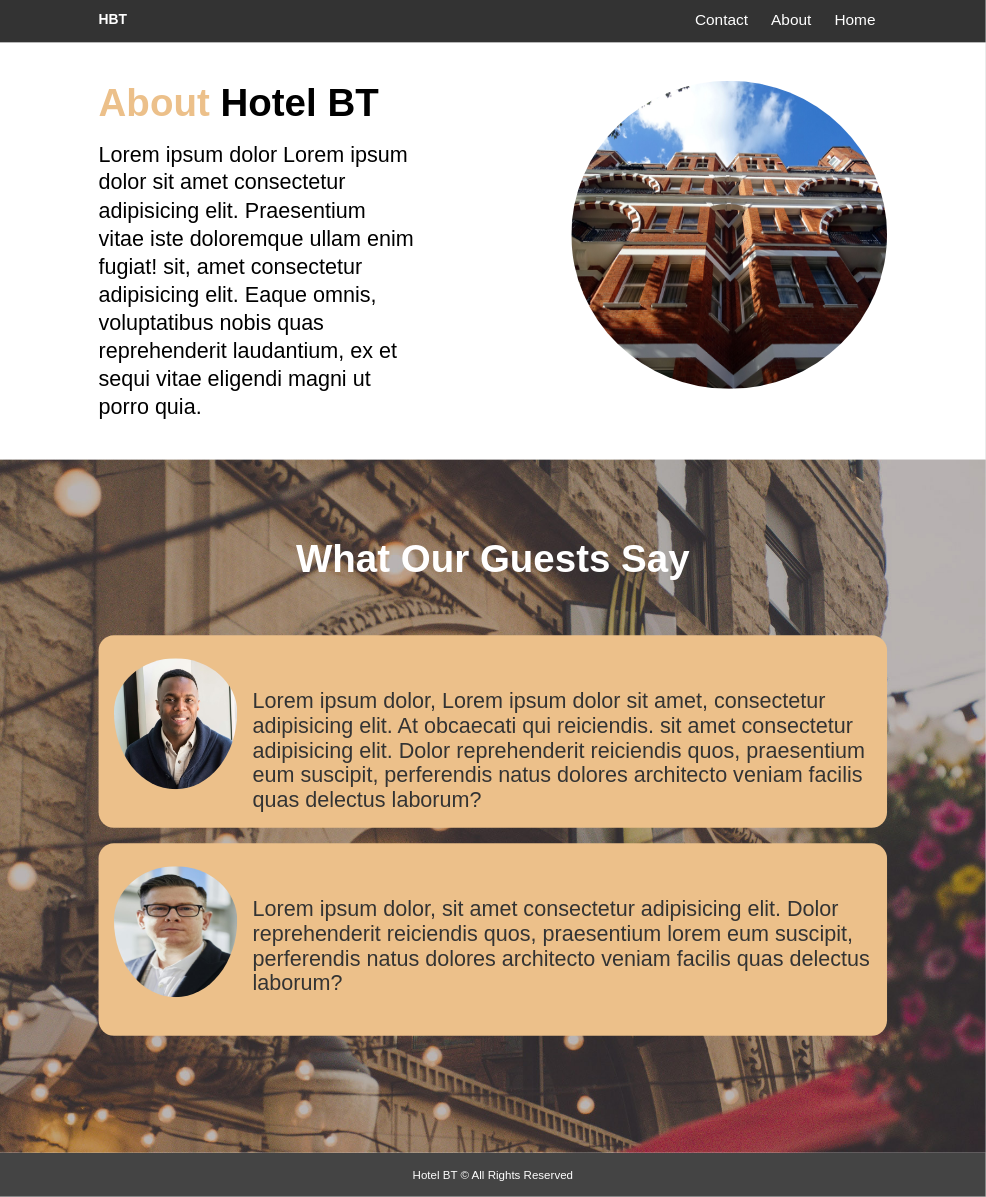
Repository: reemoon-ctrl/35---hotel-website
Page: about.html
The author's editor kept a copy of each file at every save. The page is drawn from the files as they stood at one save, then again after a run of saves.
The browser window is 1280 px wide. The pictures show the whole page, at 77% of full size.

Above is the page before, as saved 2024-07-24 21:19:21.

### about.html
<!DOCTYPE html>
<html lang="en">
<head>
    <meta charset="UTF-8">
    <meta name="viewport" content="width=device-width, initial-scale=1.0">
    <title>HBT | Hotel Website</title>
    <link rel="stylesheet" href="index.css"/>
    <link rel="stylesheet" media="screen and (max-width:500px)" href="mobile.css">
</head>
<body>
    <header>
        <ul class="nav-bar">
            <li class="title"><a href="index.html">HBT</a></li>
            <div class="bag-nav-row" >
            <li class="bag-nav"><a href="contact.html">Contact</a></li>
            <li class="bag-nav"><a href="about.html">About</a></li>
            <li class="bag-nav"><a href="index.html">Home</a></li>
            </div>
        </ul>
    </header>
    <header>


    </header>
    <main>
        <div class="s-header">
            <div class="header-content">
            <h1><span class="fword">About </span>Hotel BT</h1>
            <p>Lorem ipsum dolor Lorem ipsum dolor sit amet consectetur adipisicing elit. Praesentium vitae iste doloremque ullam enim fugiat! sit, amet consectetur adipisicing elit. Eaque omnis, voluptatibus nobis quas reprehenderit laudantium, ex et sequi vitae eligendi magni ut porro quia.
            </p>
           </div>
            <img class="hotel-img2" src="/img/photo-2.jpg" alt="Hotel-image">
        </div>
    </main>
    <aside>
        <div class="aside-content">
            <ul>
                <li><h1>What Our Guests Say</h1></li>
                <li class="comment"><img src="img/pexels-divinetechygirl-1181391.jpg" alt="person-img"><p>Lorem ipsum dolor, Lorem ipsum dolor sit amet, consectetur adipisicing elit. At obcaecati qui reiciendis. sit amet consectetur adipisicing elit. Dolor reprehenderit reiciendis quos, praesentium eum suscipit, perferendis natus dolores architecto veniam facilis quas delectus laborum?</p></li>
                <li class="comment"><img src="img/pexels-linkedin-2182970.jpg" alt="person-img"><p>Lorem ipsum dolor, sit amet consectetur adipisicing elit. Dolor reprehenderit reiciendis quos, praesentium lorem eum suscipit, perferendis natus dolores architecto veniam facilis quas delectus laborum?</p></li>

            </ul>
        </div>
    </aside>
    <footer>
        <p>Hotel BT &copy; All Rights Reserved</p>

    </footer>
</body>
</html>

### index.css
*{
    padding: 0px;
    margin: 0px;
    box-sizing: border-box;
    font-family: "Rubik", sans-serif;
    font-optical-sizing: auto;




}
.nav-bar{
    list-style:none;
    overflow: auto;
    /* clear:both; */
    background: #333333;
    font-size: 20px;
    text-align: center;
    height: 55px;

}

.bag-nav-row{
    margin-right: 10%;
}
.title{
    float: left;
    margin-left: 10%;
    font-weight: bold;
    font-size:18px ;

    text-align: center;
    padding:15px 0px;

}
.title  a{
    text-decoration: none;
    color:#fff;
}


.bag-nav{
    float: left;
    font-size: 20px;


}
.bag-nav-row{
    float:right;
}
.bag-nav-row li a{
    text-decoration: none;
    padding: 15px;
    display: inline-block;
    color: #fff;
}

.bag-nav-row li a:hover{
    background: #444444;
    color:#ecc08a;
}
.bag-nav-row li a:current{
    background: #444444;
    color:#ecc08a;
}


.mainheader{
    background-image: url("img/showcase.jpg") ;
    background-color: #cccccc;
    height:600px;
    background-position: center;
    background-repeat: no-repeat;
    background-size:cover;
    position: relative;
}
.mainheadertxt{
    /* margin: auto; */
    padding: 150px 10%;
    position:relative;
    text-align: center;
    /* margin-top: 20px; */
    color:#fff;
}
.mainheadertxt h1{
    font-size:50px;

}

.mainheadertxt p{
    margin:20px;
    font-size: 20px;
}
.mainheadertxt a{
    position:relative;
    display: block;
    width: fit-content;
    background: #444444;
    text-decoration:none ;
    color: #fff;
    top:50%;
    margin-top: 30px;
    margin: auto;
    font-size: 20px;

    padding: 20px;
}
.mainheadertxt a:hover{
    background: #ecc08a;
    cursor: pointer;
    color:#333333;

}
.fword{
    color:#ecc08a
}
.main-content{
    width:100%;
    height:400px;
    overflow: auto;
    background: #444444;
    color: #fff;
}
.hotelimg{
    width:50%;
    float:left;

    min-height:100% ;
    background: url('img/photo-1.jpg') no-repeat;
}
.hotel-disc{
    /* padding-top: 100px; */
    padding:20px 10px;
    width:50%;
    height:40px;
    float:right;
    text-align: center;
    /* margin-top:px; */
    line-height: 1.3;
    /* padding:20px; */

}
.hotel-disc h3{
    font-size: 25px;
    /* font-size: xx-large; */
    margin-bottom: 20px;
    margin-top:5rem;
}
.hotel-disc a{
    position:relative;
    display: block;
    width: fit-content;
    text-decoration:none ;
    color: #333333;
    padding: 15px;
    margin:auto;
    margin-top: 20px;
    background: #fff;

}
.hotel-disc a:hover{
    background: #ecc08a;
}
.hotel-disc p{
    font-size: 20px;
}

.aside-bar{
    height: 300px;
    overflow: auto;
    clear:both;

}
.ul{
    list-style: none;
    text-align: center;
    margin:auto;
    height:300px;
}
.fli{

    margin: auto;
    float: left;
    width:33.3%;
    height: 300px;
    padding: 90px 20px;
}
.fli h4{
    font-size: 25px;
    margin-bottom: 20px;
    margin-top: 20px;
}
.sli h4{
    margin-top: 20px;
    font-size: 25px;
    margin-bottom: 20px;
}
.thli h4{
    margin-top: 20px;
    font-size: 25px;
    margin-bottom: 20px;
}
.sli{
    float:left;
    width:33.3%;
    background-color:#ecc08a;
    height: 300px;
    padding: 90px 20px;

}
.thli{
    float:right;
    width:33.3%;
    height: 300px;
    margin: auto;
    padding: 90px 20px;
}

footer p{
    text-align: center;
    font-size: 15px;
    color: #fff;
    background: #444444;
    padding: 20px;
}

/* ///////////////about website////////////////// */
.s-header{
    overflow: auto;
    clear: both;
    margin: auto;
    margin: 50px 10%;
    /* height: 500px; */
}
.header-content{
    float:left;
    width:40%;

}
.header-content h1{
    font-size: 50px;
}
.header-content p{
    font-size: 28px;
    margin-top: 20px;
    line-height: 1.3;
}
.hotel-img2{
    height:400px;
    width: 40%;
    float: right;
    border-radius:50%;
}
.comment{
    overflow: auto;
    background:#ecc08a;
    margin: 20px 10%;
    border-radius: 20px;

}
.aside-content{
    background-image: url(img/test-bg.jpg) ;
    background-color: #cccccc;
    height:900px;
    background-position: center;
    background-repeat: no-repeat;
    background-size: cover;
    position: relative;
    width: 100%;



}
.aside-content h1{
    margin: 20px 10%;
    text-align: center;
    color: #FFF;
    font-size: 50px;
    padding-top: 100px;
    padding-bottom: 50px;

}
.comment img{
    padding-top: 30px;
width:200px ;
height:200px ;
border-radius: 200px;
float: left;
padding-right: 20px;
padding-left: 20px;
margin-bottom: 50px;
}
.comment p{
padding-top: 70px;
font-size: 28px;
color: #333333;


}
/* ///////////////contact style///////////// */
form h1{
    margin-bottom: 20px;
    font-size: 50px;

}
form p{
    font-size: 25px;

}

.form-label label{
    display: block;

}
.form-label input{
    width:100%;
    padding:10px;
    font-size: 28px;
    border:#ddd solid 1px;
    /* border: 3px solid #ccc; */
    -webkit-transition: 0.5s;
    transition: 0.5s;
    outline: none;

}
.form-label input[type=text]:focus{
    border: 2px solid #ecc08a;
}
.form-label{
    font-size: 35px;
    margin-top: 20px;
}
.submit-input:hover{
    border: 2px solid #ecc08a;
    background: #ecc08a;
    color:#444444;
}
textarea{
    width: 100%;
    height: 250px;
    padding: 12px 20px;
    box-sizing: border-box;
    border: 1px solid #ddd;
    border-radius: 4px;
    /* background-color: #f8f8f8; */
    resize:none;
    font-size: 20px;
    -webkit-transition: 0.5s;
    transition: 0.5s;
    outline: none;

}
textarea:focus{
    border: 2px solid #ecc08a;
}
.submit-input{
 padding: 20px;
 /* text-align: center; */
 width:200px;
 cursor: pointer;
 margin: 30px 0px;
 background: #333333;
 color: #FFF;
 font-size: 20px;


}
.form-container{
    margin: 40px 10%;
    height:800px;
}
.fli-about{
    padding: 60px;
    margin: auto;
    float: left;
    width:33%;
    height: 300px;
    padding: 90px 20px;
    color:#ddd;
}
.fli-about h4{
    font-size: 35px;
    margin-bottom: 20px;
}
.fli-about p{
    font-size: 28px;
}
.sli-about h4{
    font-size: 35px;
    margin-bottom: 20px;
}
.sli-about p{
    font-size: 28px;
}
.thli-about h4{
    font-size: 35px;
    margin-bottom: 20px;
}
.thli-about p{
    font-size: 28px;
}
.sli-about{
    float:left;
    width:33%;
    color: #ddd;
    height: 300px;
    padding: 90px 20px;

}
.thli-about{
    float:right;
    width:33%;
    height: 300px;
    margin: auto;
    height: 300px;
    padding: 90px 20px;
    background: #333333;
    color: #ddd;
}
.ul-about{
    list-style: none;
    text-align: center;
    margin:auto;
    height:300px;
    background: #333333;
}

### mobile.css
.title{
    float:none;
    text-align: center;
    margin-left: 0px;
}

.bag-nav{
    float:none;
    text-align: center;
}
.bag-nav-row{
    margin-right: 0px;
}
.bag-nav-row li a{

    padding: 10px;
    width:30rem;
}
.nav-bar{
    height: fit-content;
}


.hotelimg{
    display: none;
}
.hotel-disc{

    width: 100%;
}
.hotel-disc h3{
    margin-bottom: 2rem;
    margin-top:2rem;
}
.aside-bar{
    height:max-content;
    overflow: auto;
    clear:both;

}
.ul{
    height:100%;
}
.fli{
    float:none;
    padding:1rem;
    width:100%;
    padding: 3rem;
    height:fit-content;
}
.sli{
    float: none;
    width:100%;
    padding: 3rem;
    height:fit-content;
}
.thli{
    float:none;
    width:100%;
    padding: 3rem;
    height:fit-content;
}
/* ////////////////////about/////// */
.header-content{
    float:none;
    width: 100%;
}
.hotel-img2{
    float:none;
}

After the next 2 saves:
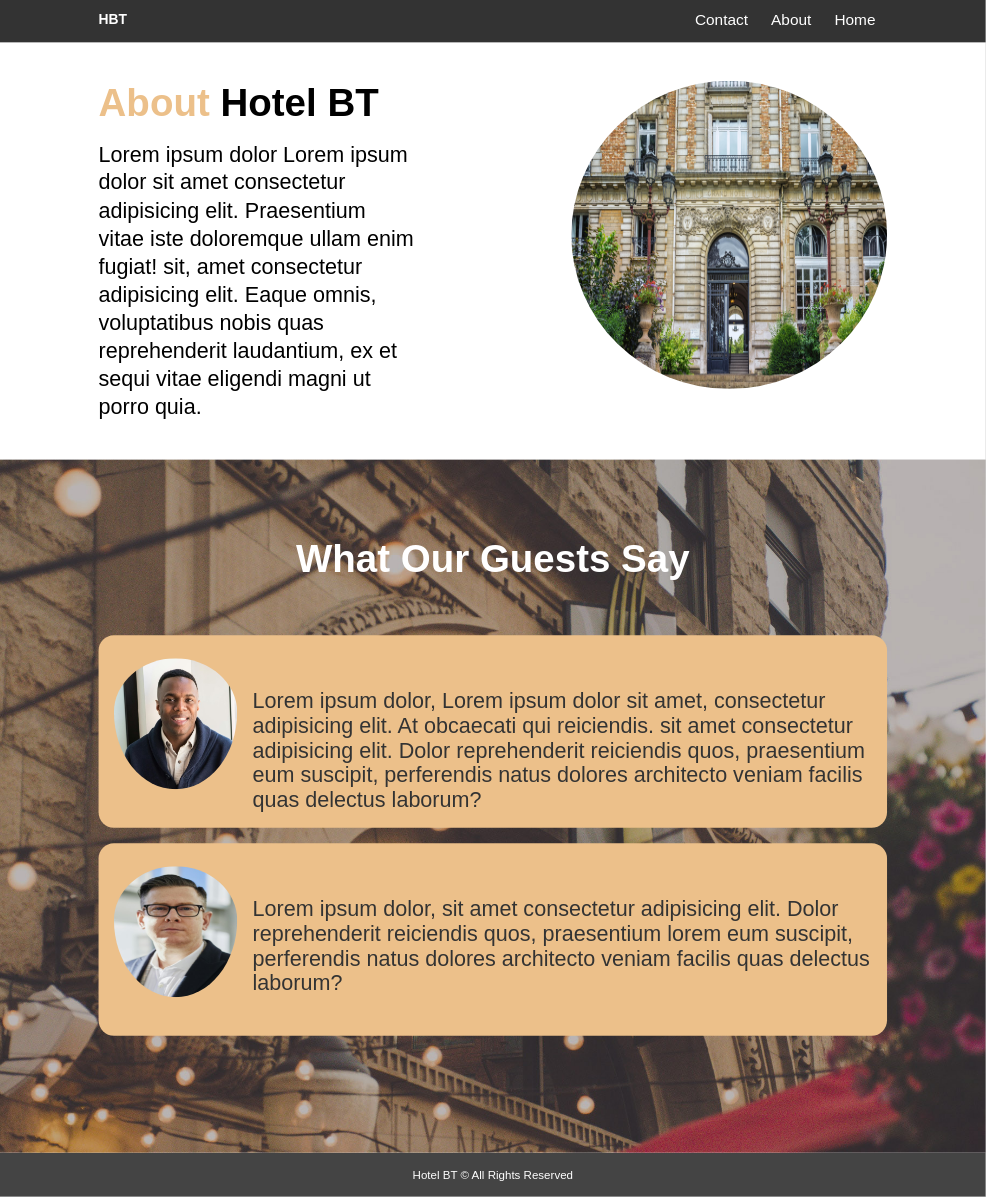
The 2 saves are shown as one change because they came seconds apart.
The last was saved 10 s later.
--- a/about.html
+++ b/about.html
@@ -29,7 +29,7 @@
             <p>Lorem ipsum dolor Lorem ipsum dolor sit amet consectetur adipisicing elit. Praesentium vitae iste doloremque ullam enim fugiat! sit, amet consectetur adipisicing elit. Eaque omnis, voluptatibus nobis quas reprehenderit laudantium, ex et sequi vitae eligendi magni ut porro quia.
             </p>
            </div>
-            <img class="hotel-img2" src="/img/photo-2.jpg" alt="Hotel-image">
+            <img class="hotel-img2" src="/img/photo-1.jpg" alt="Hotel-image">
         </div>
     </main>
     <aside>
